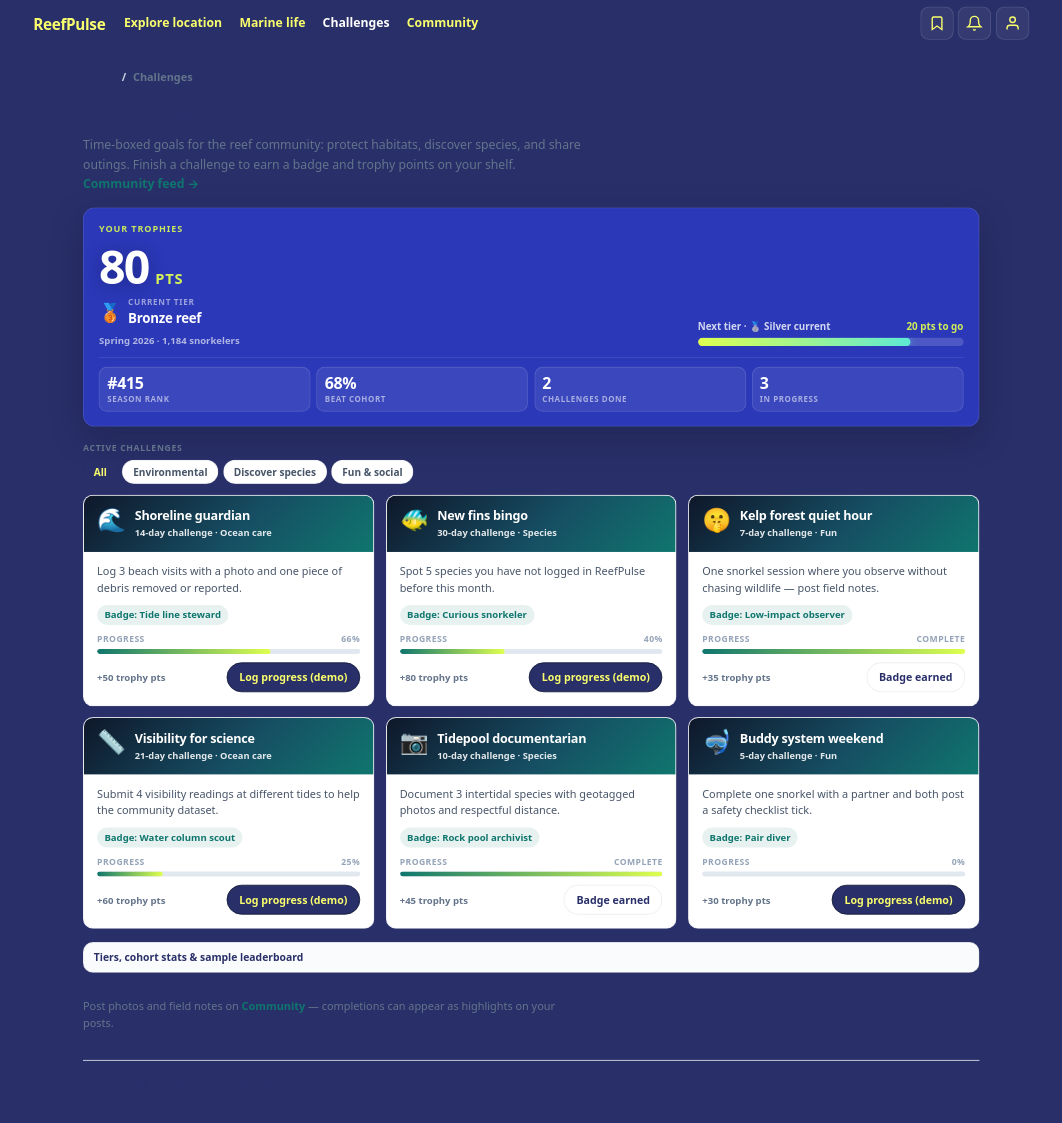
Repository: AayushSalvi/ReefPulse
Page: /challenges (app in frontend/)
These files come from the project's save history. The page is drawn as it stood at one moment and after the next save; the edit follows.
The browser window is 1280 px wide. The pictures show the whole page, at 83% of full size.
The project was rebuilt for these pictures with package versions that can differ from the ones it lists, and the page was loaded fresh each time. Also part of the build but not shown: frontend/vite.config.js, frontend/src/utils/geo.js, frontend/src/data/mockData.js, frontend/src/features/community/community.css, frontend/src/features/community/CommunityPage.jsx, frontend/src/features/explore/ExploreForecastRedirect.jsx, frontend/src/features/explore/ExploreMapsApiContext.jsx, frontend/src/features/explore/ExploreGoogleMapPanel.jsx and 20 more.

Above is the page before, as saved 2026-04-18 22:56:35.

After the next save:
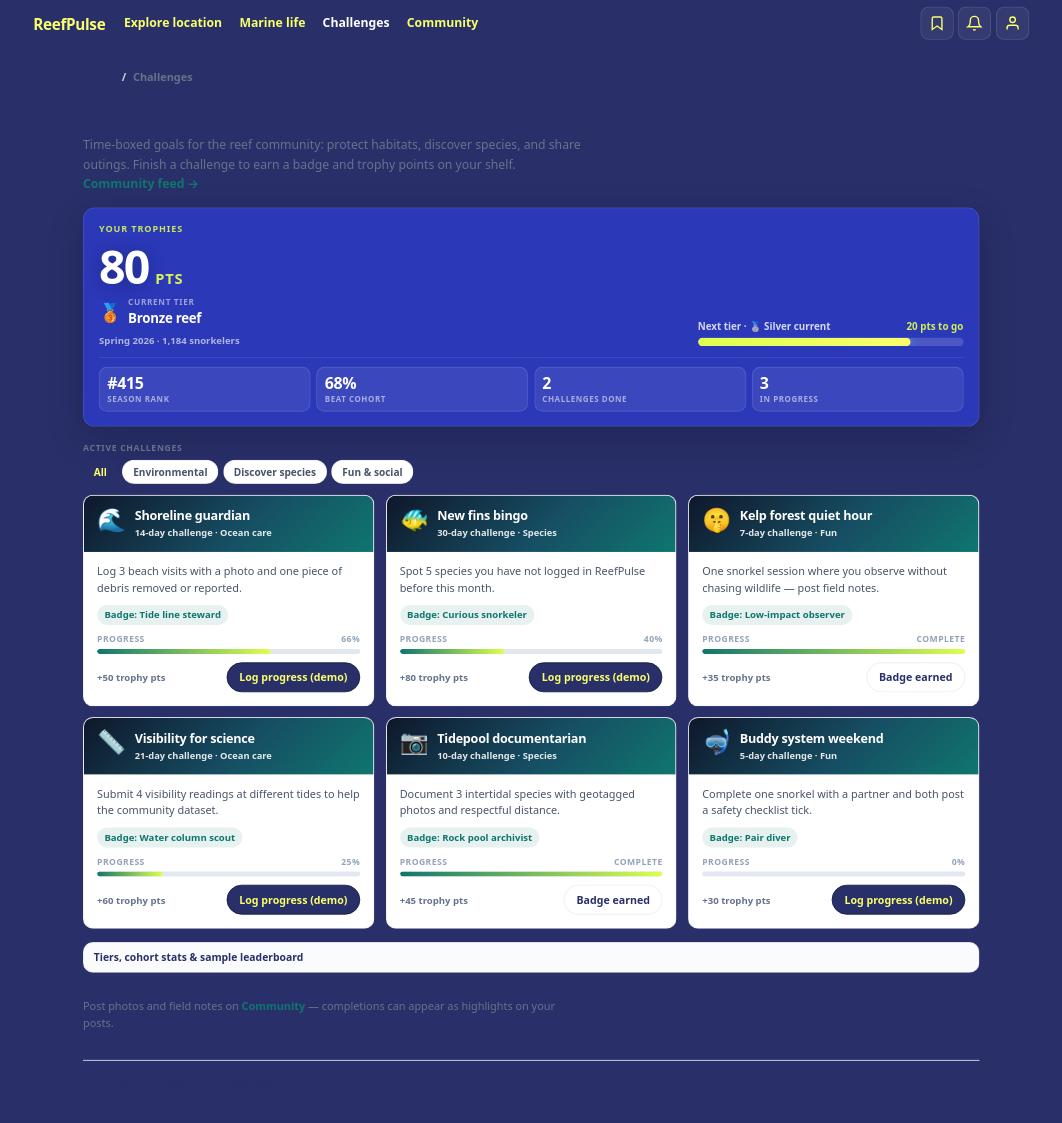
Saved 95 s later.
--- a/frontend/src/features/challenges/challenges.css
+++ b/frontend/src/features/challenges/challenges.css
@@ -176,7 +176,7 @@
 .ch-trophy-banner__fill {
   height: 100%;
   border-radius: 999px;
-  background: linear-gradient(90deg, #dfff4f, #5eead4);
+  background: linear-gradient(90deg, #dfff4f, #faff6c);
   box-shadow: 0 0 12px rgba(94, 234, 212, 0.45);
   transition: width 0.35s ease;
 }
